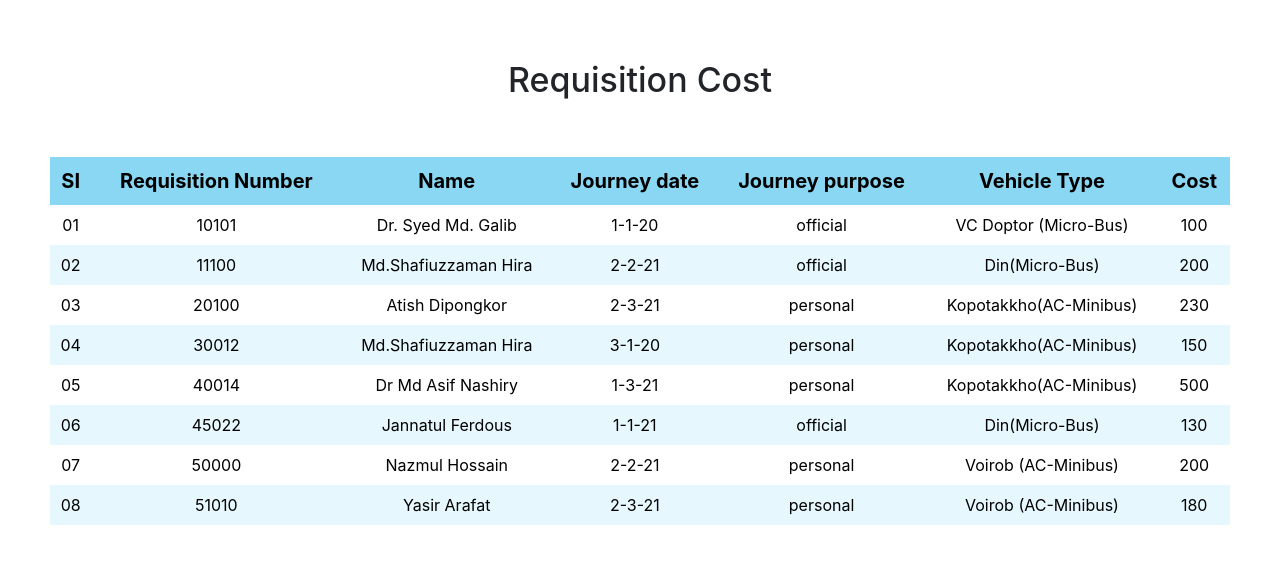
Repository: SMJNayeem/just-vms_project
Page: Front-End/html/Admin_cost.html
These files come from the project's save history. The page is drawn as it stood at one moment and after the next save; the edit follows.
The browser window is 1280 px wide. The pictures show the whole page.

Above is the page before, as saved 2021-03-26 12:04:47.

After the next save:
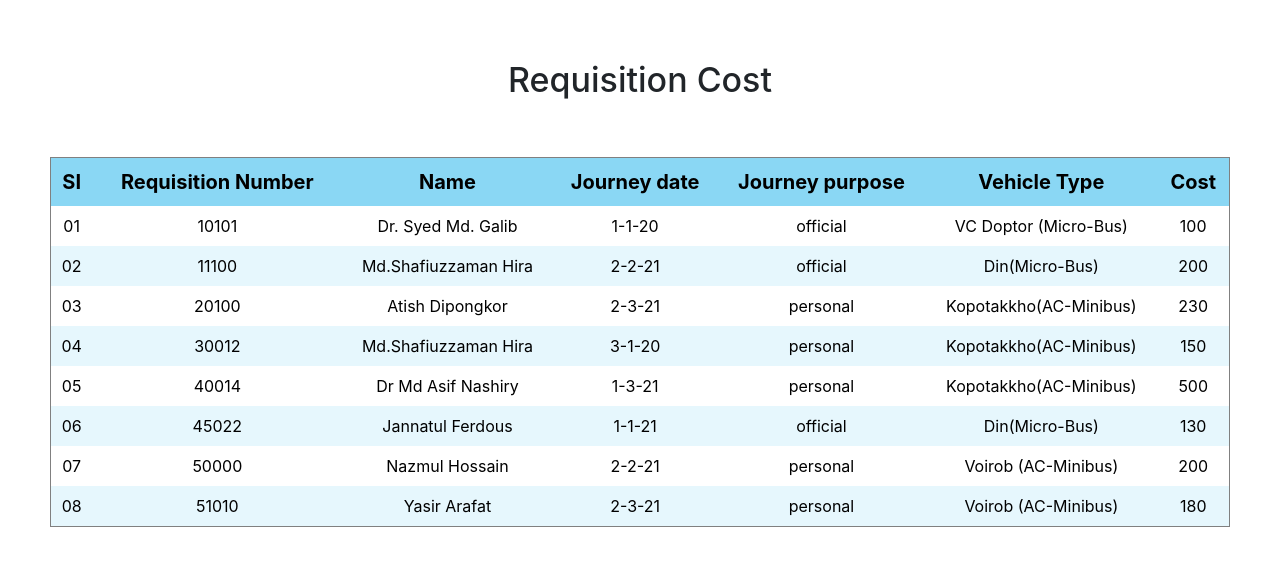
Saved 41 s later.
--- a/Front-End/css/Admin_cost.css
+++ b/Front-End/css/Admin_cost.css
@@ -23,7 +23,7 @@ img {
 
 
 table{
-	border: none;
+	border: "1";
 	width: 100%;
 	border-collapse:collapse;
 	margin: auto;

After the save that followed:
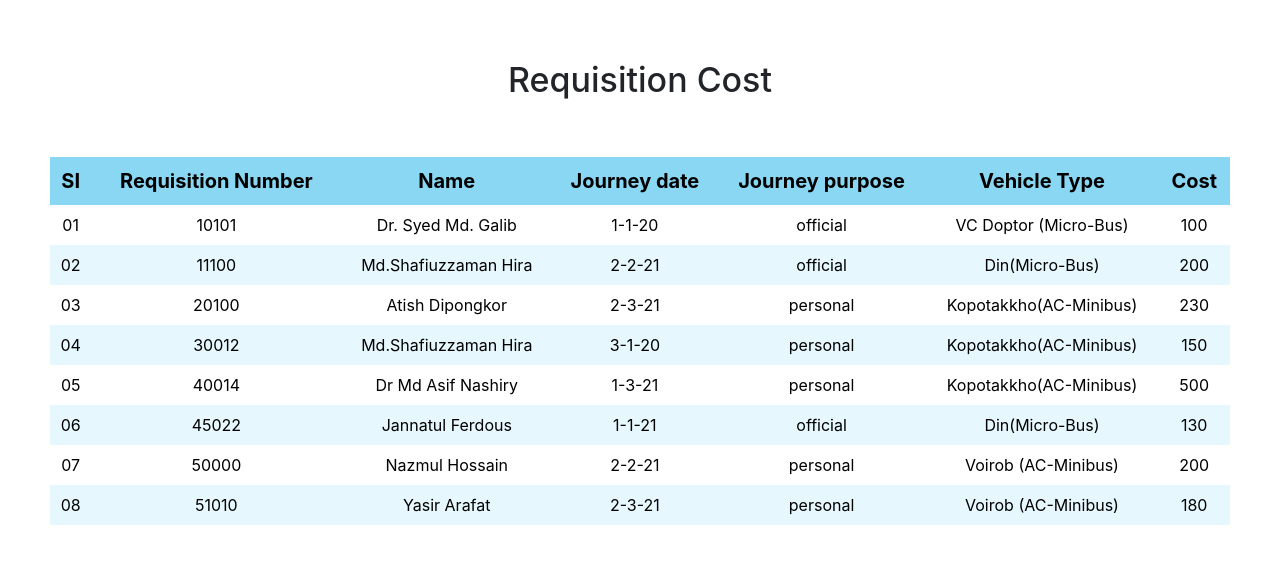
Saved 4 s later.
--- a/Front-End/html/Admin_cost.html
+++ b/Front-End/html/Admin_cost.html
@@ -20,7 +20,7 @@
 		<h1> Requisition Cost </h1>
 		<br><br>
 
-		<table border="1" cellspacing="5">
+		<table cellspacing="5">
 			<thead>
 				<th> SI </th>
 				<th> Requisition Number </th>
